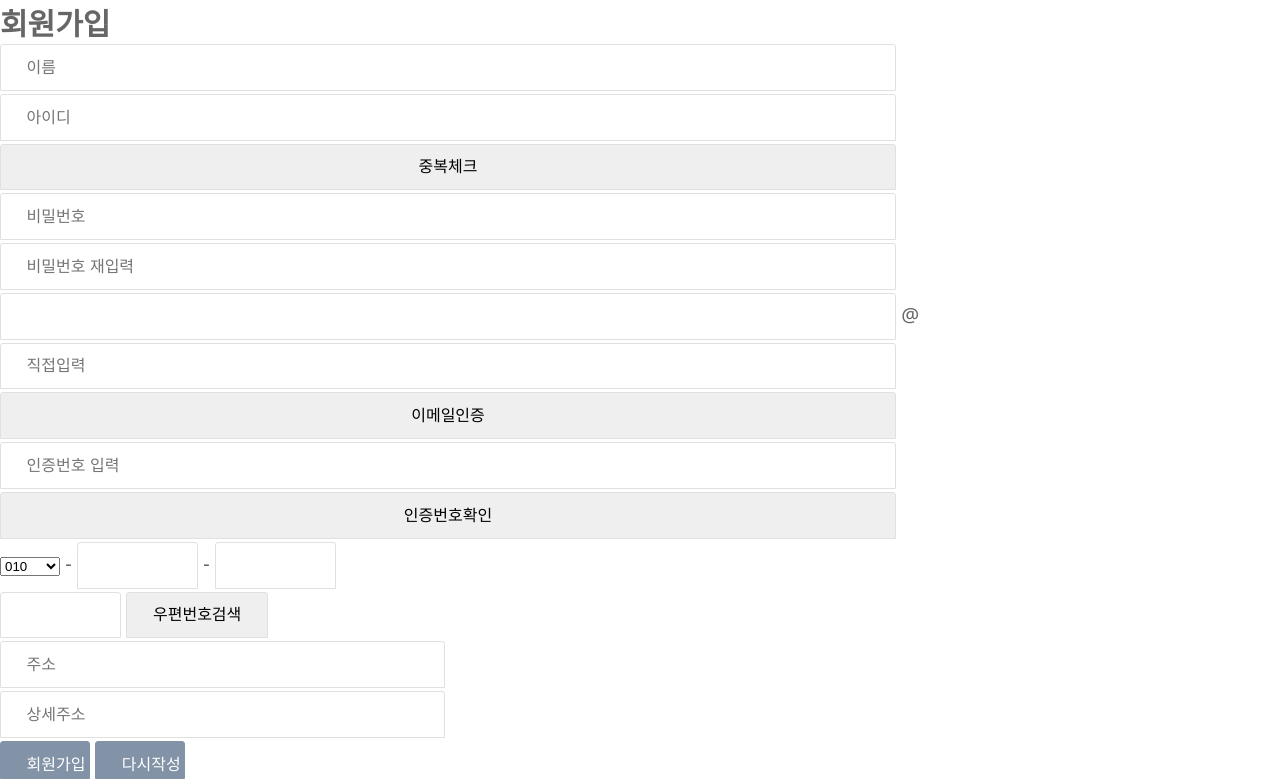
Repository: keepsus/gaebokchi
Page: http://localhost/uzuslime/member/memberWriteForm.jsp
An editor plug-in stored every save of this project. The page is shown before and after the next save, followed by the edit.
The browser window is 1280 px wide. The pictures show the whole page.
Some web fonts or font styles are not loaded; a fallback is used. The page is served by Tomcat 9. Nobody is signed in. The application's start-up code is not run.

Above is the page before, as saved 2021-01-31 02:52:13.

After the next save:
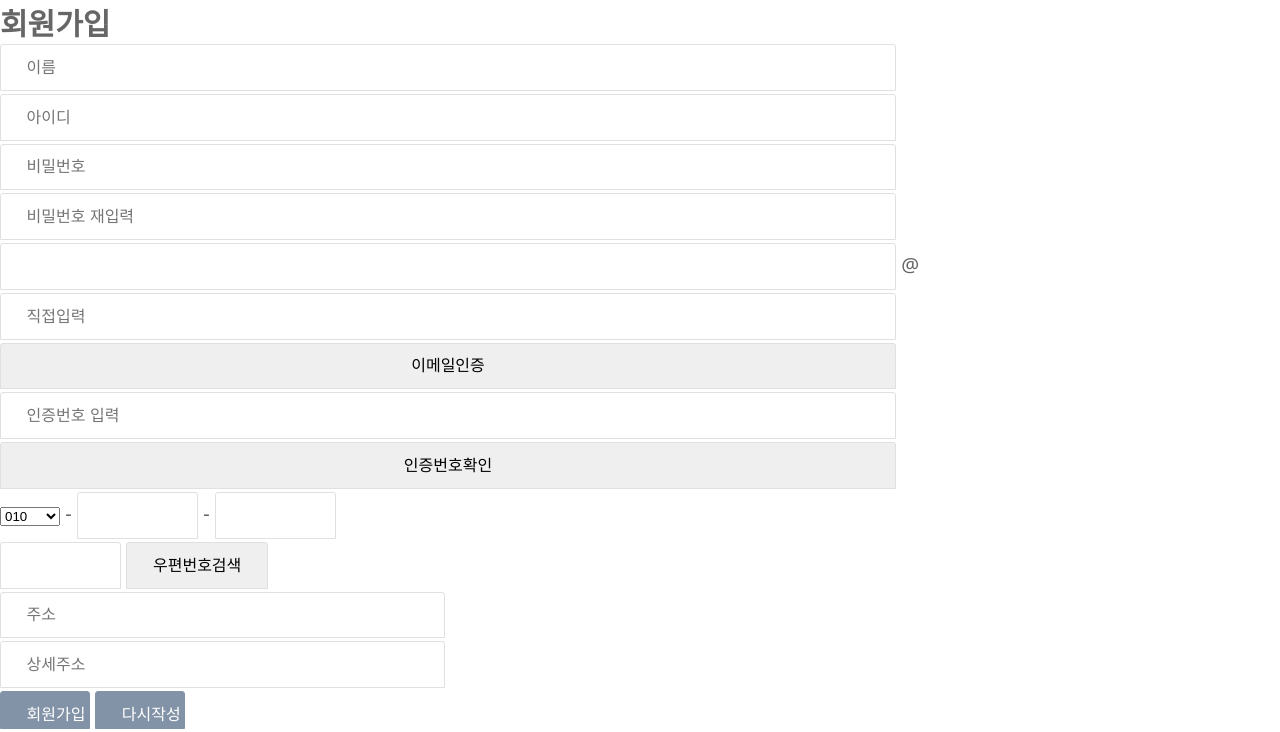
Saved 46 s later.
--- a/uzuslime/src/main/webapp/member/memberWriteForm.jsp
+++ b/uzuslime/src/main/webapp/member/memberWriteForm.jsp
@@ -25,7 +25,6 @@
 
 			    <div class="input-text">
 			        <input type="text" class="member_id" id="member_id" size="25" placeholder="아이디">
-			        <input type="button" class="check-Btn" value="중복체크" id="checkBtn"><br>
 			        <input type="hidden" id="check" value="">
 			      <div id="idDiv"></div>
 
